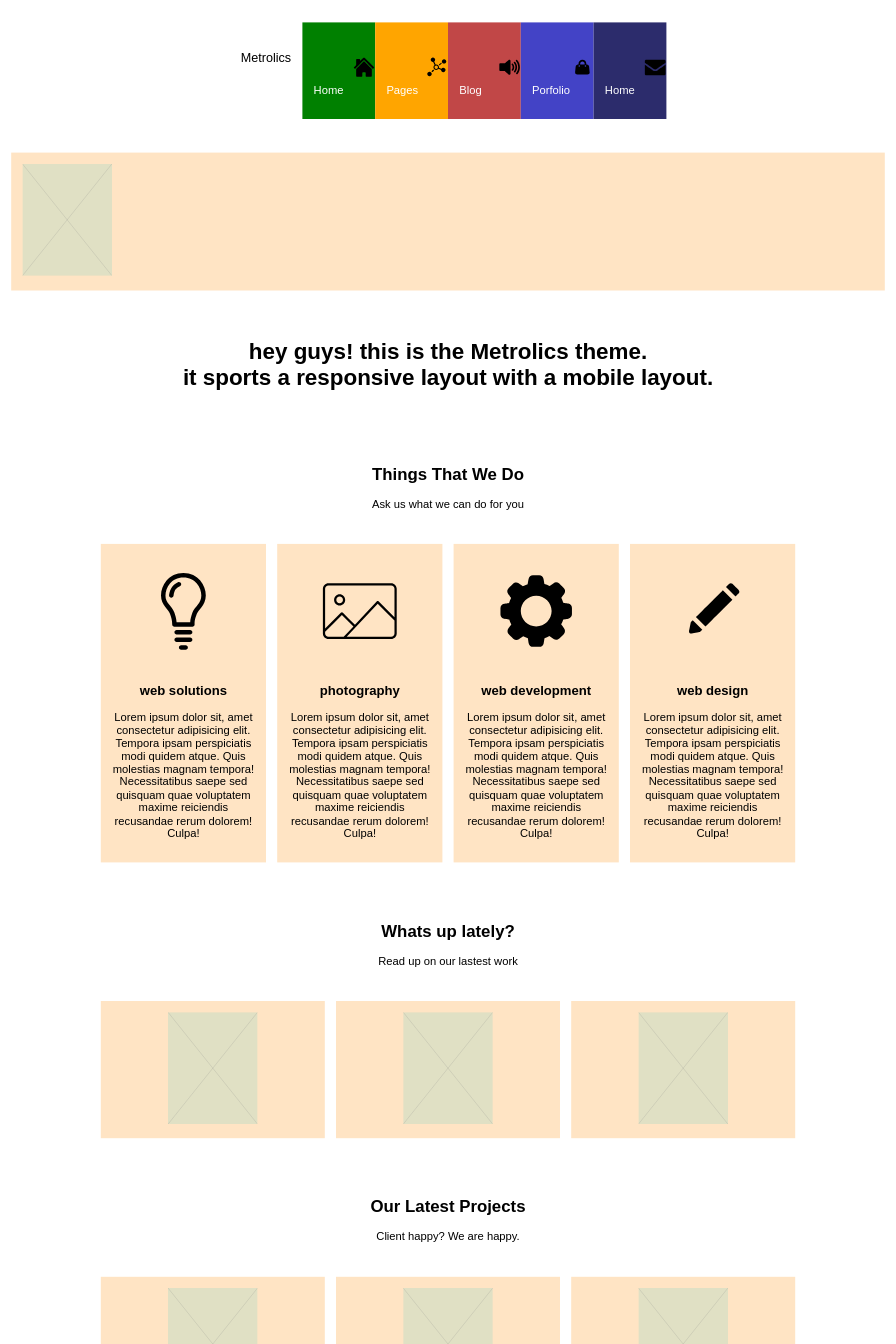
Repository: jjennbui/MDIA2003G-Assignment03B
Page: index.html
These files come from the project's save history. The page is drawn as it stood at one moment and after the next save; the edit follows.
The browser window is 1280 px wide. The pictures show the part of the page from y = 0 to 1920 px (the page is 2717 px tall), at 70% of full size.

Above is the page before, as saved 2023-02-01 13:47:14.

After the next save:
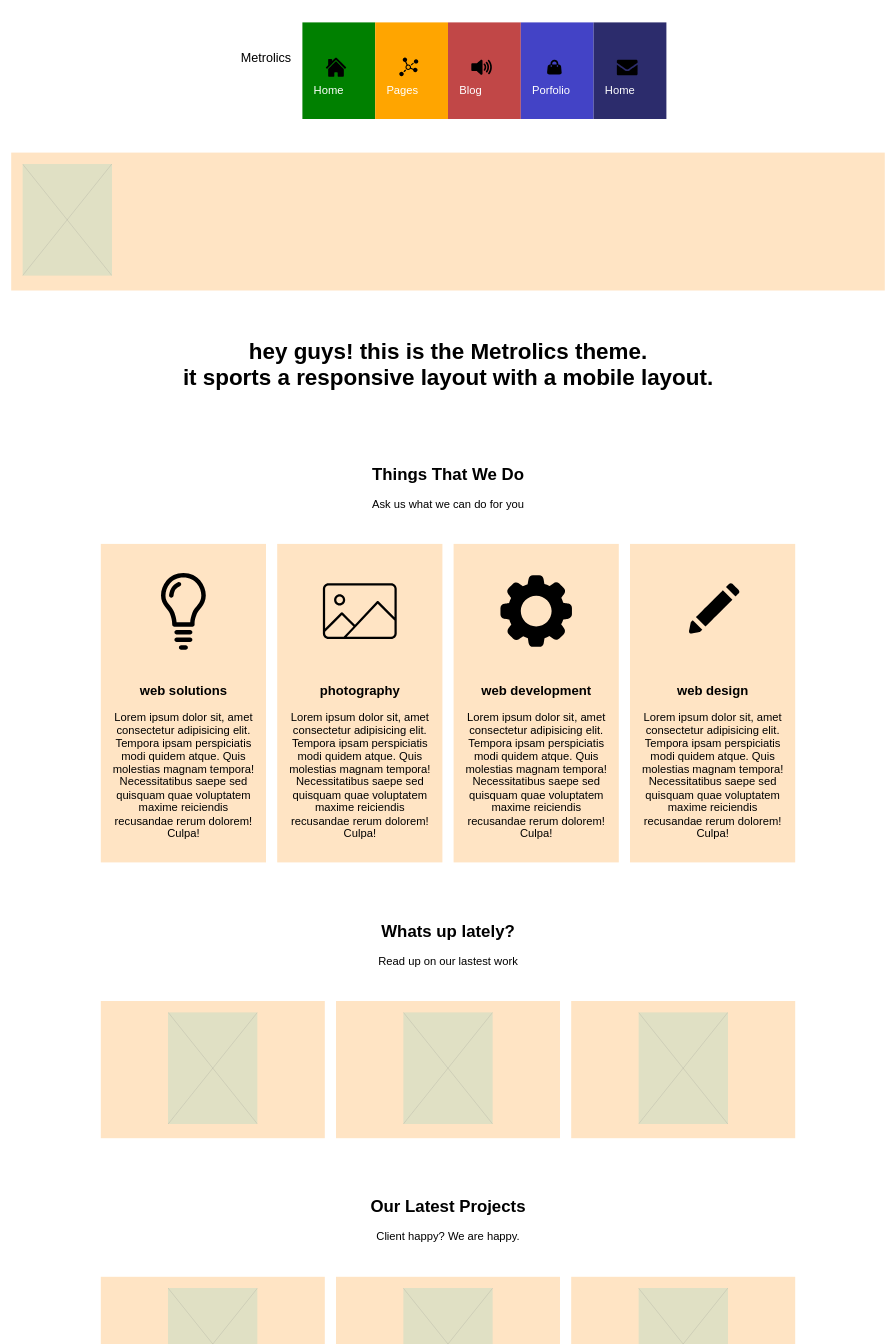
Saved 4 s later.
--- a/css/main.css
+++ b/css/main.css
@@ -67,7 +67,7 @@
 
 .navicon{
   position: relative;
-  left: 40px;
+
   width: 50px;
   height: 30px;
   margin-bottom: 40px;
